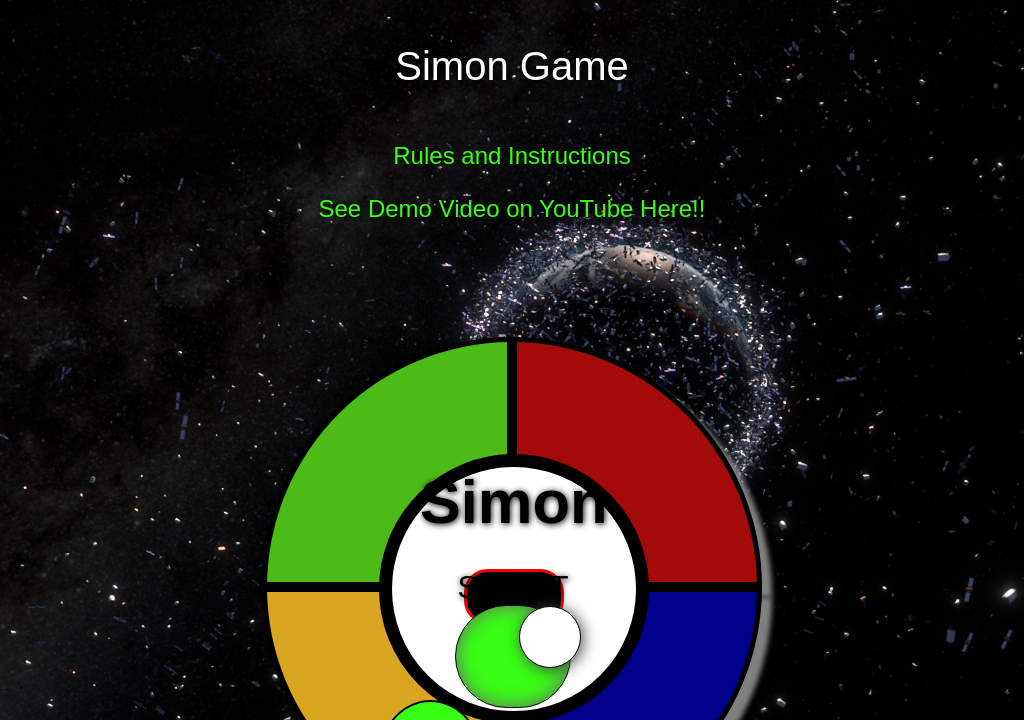
Repository: cgaynor91/Simon-Memory-Game
Page: index.html
The author's editor kept a record of every edit. The page is drawn from the files as they stood at one moment, then again after the next edit.
The browser window is 1024 px wide. The pictures show the whole page.
An inner scrolling area shows only its first screen. Some web fonts or font styles are not loaded; a fallback is used.

Above is the page before.

After the next edit:
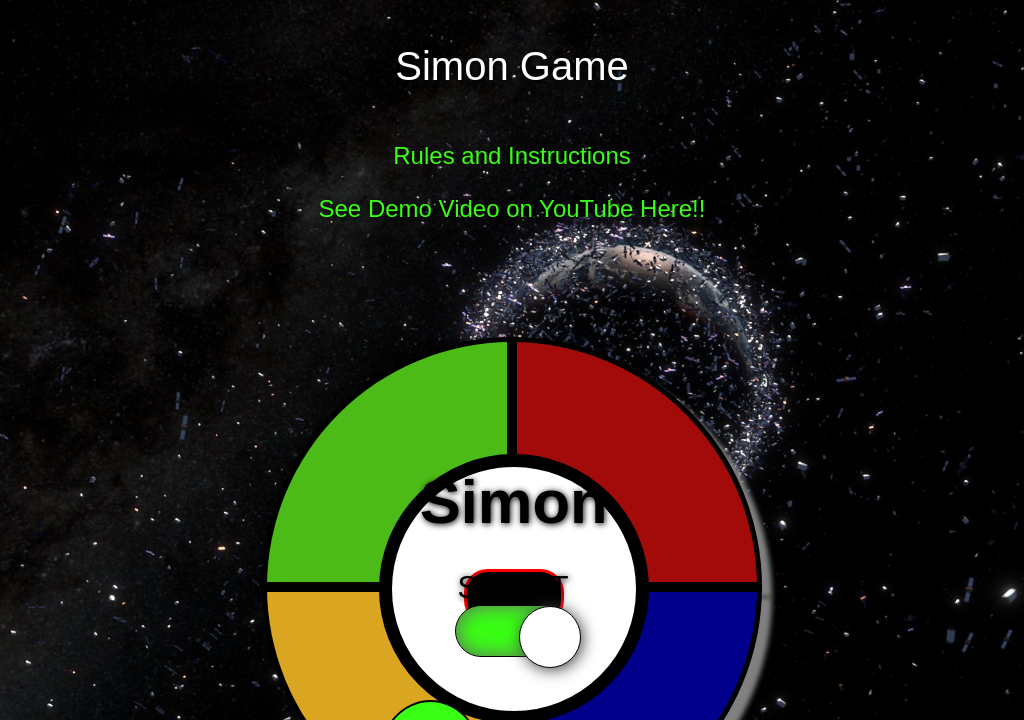
The edit:
--- a/assets/css/style.css
+++ b/assets/css/style.css
@@ -384,7 +384,7 @@
   }
 
   input[type="checkbox"] {
-    height: 10.1vw;
+    height: 5.1vw;
     width: 11.3vw;
     border-radius: 25vw;
     -webkit-box-shadow: inset 0 0 2vw rgb(103, 103, 103);
